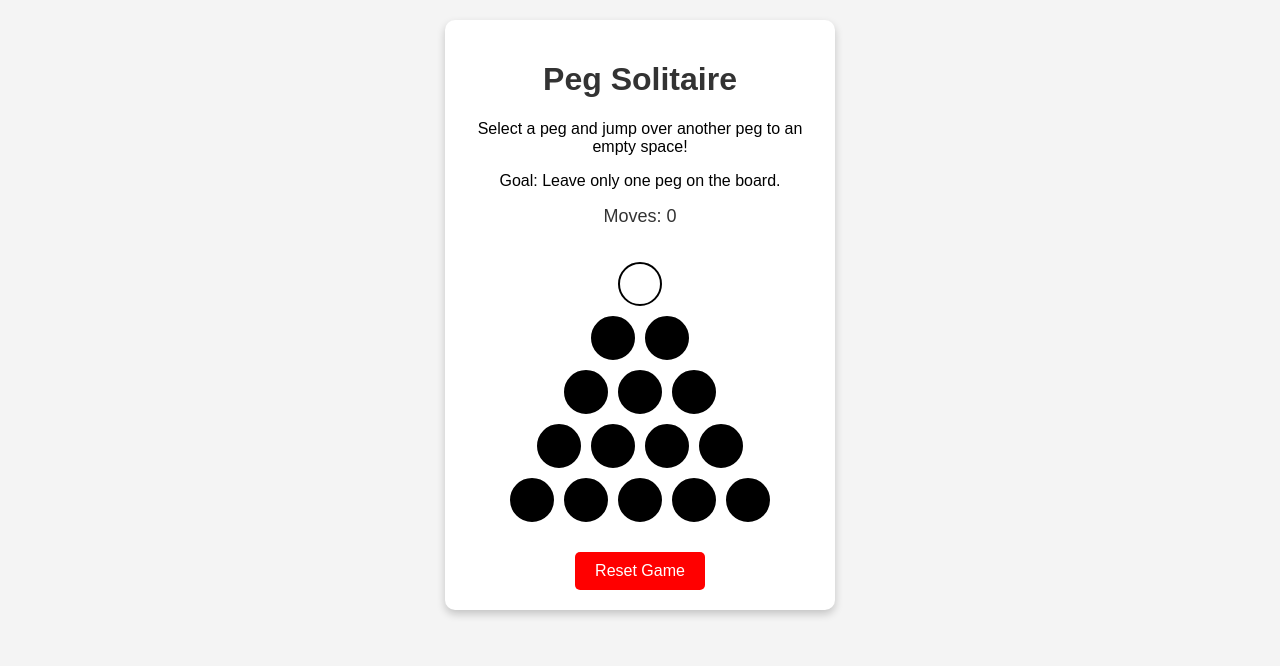
Repository: Yash19075/Mathematical-Peg-game
Page: Peg-game.html
The author's editor kept a copy of each file at every save. The page is drawn from the files as they stood at one save, then again after a run of saves.
The browser window is 1280 px wide. The pictures show the whole page.

Above is the page before, as saved 2025-03-19 10:29:17.

### Peg-game.html
<!DOCTYPE html>
<html lang="en">
<head>
    <meta charset="UTF-8">
    <meta name="viewport" content="width=device-width, initial-scale=1.0">
    <title>Peg Solitaire</title>
    <link rel="stylesheet" href="Peg-game.css">
</head>
<body>

    <div class="container">
        <h1>Peg Solitaire</h1>
        <p>Select a peg and jump over another peg to an empty space!</p>
        <p>Goal: Leave only one peg on the board.</p>

        <div id="move-counter">Moves: 0</div>

        <div class="peg-board">
            <div class="row">
                <div class="peg" onclick="selectPeg(event)"></div>
            </div>
            <div class="row">
                <div class="peg" onclick="selectPeg(event)"></div>
                <div class="peg" onclick="selectPeg(event)"></div>
            </div>
            <div class="row">
                <div class="peg" onclick="selectPeg(event)"></div>
                <div class="peg" onclick="selectPeg(event)"></div>
                <div class="peg" onclick="selectPeg(event)"></div>
            </div>
            <div class="row">
                <div class="peg" onclick="selectPeg(event)"></div>
                <div class="peg" onclick="selectPeg(event)"></div>
                <div class="peg" onclick="selectPeg(event)"></div>
                <div class="peg" onclick="selectPeg(event)"></div>
            </div>
            <div class="row">
                <div class="peg" onclick="selectPeg(event)"></div>
                <div class="peg" onclick="selectPeg(event)"></div>
                <div class="peg" onclick="selectPeg(event)"></div>
                <div class="peg" onclick="selectPeg(event)"></div>
                <div class="peg" onclick="selectPeg(event)"></div>
            </div>
        </div>

        <button id="reset-btn" onclick="resetGame()">Reset Game</button>
    </div>

    <script src="Peg-game.js"></script>
</body>
</html>

### Peg-game.css
body {
    font-family: Arial, sans-serif;
    text-align: center;
    background-color: #f4f4f4;
}

.container {
    margin: 20px auto;
    width: 350px;
    background: white;
    padding: 20px;
    border-radius: 10px;
    box-shadow: 0 4px 8px rgba(0, 0, 0, 0.2);
}

h1 {
    color: #333;
}

.peg-board {
    display: flex;
    flex-direction: column;
    align-items: center;
    margin-top: 30px;
}

.row {
    display: flex;
    justify-content: center;
}

.peg {
    width: 40px;
    height: 40px;
    margin: 5px;
    background-color: white;
    border: 2px solid black;
    border-radius: 50%;
    cursor: pointer;
}

.peg:hover {
    background-color: lightgray;
}

#reset-btn {
    margin-top: 25px;
    padding: 10px 20px;
    font-size: 16px;
    background-color: red;
    color: white;
    border: none;
    cursor: pointer;
    border-radius: 5px;
}

#reset-btn:hover {
    background-color: darkred;
}

#move-counter {
    font-size: 18px;
    margin-top: 10px;
    color: #333;
}

### Peg-game.js
let peg = [
    [0],
    [1,1],
    [1,1,1],
    [1,1,1,1],
    [1,1,1,1,1]
];
var moves = [];
for(let r = 0; r<20;r++)
{
    moves[r] = [];
}

let pegs = document.querySelectorAll(".peg");
// console.log(pegs);
let index = 0;
for(let i = 0; i< peg.length; i++)
{
    for(let j = 0; j < peg[i].length; j++)
        {
            if(peg[i][j] == 1)
            {
                pegs[index].style.backgroundColor = "black";
            }
            // console.log(`Peg at (${i}, ${j}): ${peg[i][j]}`);
            pegs[index].dataset.row = i;
            pegs[index].dataset.col = j;
            index++;
        }
}

// for (let peg of pegs) {
//     console.log(`Peg at index ${peg.dataset.row}, ${peg.dataset.col}`);
// }
let selectedPeg;
function selectPeg(event)
{
    // console.log("👉 CLICKED ELEMENT:", event.target);
    // console.log("🔍 DATASET:", event.target.dataset);
    let moveCount;
    let selected = event.target;
    let rowNO = parseInt(selected.dataset.row);
    let colNO = parseInt(selected.dataset.col);
    // console.log("🔍 DATASET:", rowNO ,colNO);
    if (selected.style.backgroundColor === "green" ) return;
    // console.log(`Selected ${rowNO}, ${colNO}`);
    // console.log(`The value of peg is ${peg[rowNO][colNO]}`);
    moveCount = validMoves(rowNO,colNO);
    if(selectedPeg == selected)
    {
        selectedPeg = null;
        return;
    }
    selectedPeg = selected;
    // console.log("Selected peg is ", selectedPeg);
    // console.log(moves)
    if(moveCount === 0)
        alert("No moves");
    for(let i = 0; i<moveCount;i++)
    {
        let target_row = moves[i][2];
        let target_col = moves[i][3];
        let index2 = move_to_index(target_row,target_col);
        pegs[index2].style.backgroundColor = "green";
        pegs[index2].addEventListener("click", movePeg)
    }
    // movePeg();
}

function movePeg(event) {
    // console.log("Selected peg is ", selectedPeg);
    let targeted = event.target;
    let targetRowNO = parseInt(targeted.dataset.row);
    let targetColNO = parseInt(targeted.dataset.col);

    let selectedRowNo = parseInt(selectedPeg.dataset.row);
    let selectedColNo = parseInt(selectedPeg.dataset.col);

    let midRowNo = (targetRowNO + selectedRowNo) / 2;
    let midColNo =(targetColNO + selectedColNo) / 2;

    if (peg[midRowNo][midColNo] == 0 || peg[targetRowNO][targetColNO] == 1 || peg[selectedRowNo][selectedColNo] == 0) {
        // console.log("Invalid move: Check peg positions.");
        return;
    }

    let selectedIndex = move_to_index(selectedRowNo, selectedColNo);
    let targetIndex = move_to_index(targetRowNO, targetColNO);
    let middleIndex = move_to_index(midRowNo, midColNo);

    peg[targetRowNO][targetColNO] = 1;
    peg[midRowNo][midColNo] = 0;
    peg[selectedRowNo][selectedColNo] = 0;

    // console.log(`Selected Peg: peg[${selectedRowNo}][${selectedColNo}] = ${peg[selectedRowNo][selectedColNo]}`);
    // console.log(`Mid Peg: peg[${midRowNo}][${midColNo}] = ${peg[midRowNo][midColNo]}`);
    // console.log(`Target Peg: peg[${targetRowNO}][${targetColNO}] = ${peg[targetRowNO][targetColNO]}`);

    // console.log(`move_to_index(${selectedRowNo}, ${selectedColNo}) = ${selectedIndex}`);
    // console.log(`move_to_index(${midRowNo}, ${midColNo}) = ${middleIndex}`);
    // console.log(`move_to_index(${targetRowNO}, ${targetColNO}) = ${targetIndex}`);
    // console.log(`selectedIndex: ${selectedIndex}, middleIndex: ${middleIndex}, targetIndex: ${targetIndex}`);
    // console.log(peg)

    pegs[selectedIndex].style.backgroundColor = "white";
    pegs[middleIndex].style.backgroundColor = "white";
    pegs[targetIndex].style.backgroundColor = "black";



    pegs.forEach(peg => {
        if (peg.style.backgroundColor === "green") {
            peg.style.backgroundColor = "white";
            peg.removeEventListener("click", movePeg);
        }
    });

    selectedPeg = null;
}

function move_to_index(i,j)
{
    let index1 = (i*(i+1)/2)+j;
    return index1;
}


function validMoves(row, col) {
    var count = 0;
    moves = [];

    var target_r = row - 2;
    if (target_r >= 0 && peg[target_r][col] == 0 && peg[row - 1][col] == 1) {
        moves[count] = [row, col, target_r, col];
        count++;
    }

    if (target_r >= 0 && col - 2 >= 0 && peg[target_r][col - 2] == 0 && peg[row - 1][col - 1] == 1) {
        moves[count] = [row, col, target_r, col - 2];
        count++;
    }

    var backward_r = row + 2;
    if (backward_r < peg.length && peg[backward_r][col] == 0 && peg[row + 1][col] == 1) {
        moves[count] = [row, col, backward_r, col];
        count++;
    }

    if (backward_r < peg.length && col + 2 <= backward_r && peg[backward_r][col + 2] == 0 && peg[row + 1][col + 1] == 1) {
        moves[count] = [row, col, backward_r, col + 2];
        count++;
    }

    var backward_c = col - 2;
    if (backward_c >= 0 && peg[row][backward_c] == 0 && peg[row][col - 1] == 1) {
        moves[count] = [row, col, row, backward_c];
        count++;
    }

    var forward_c = col + 2;
    if (forward_c <= row && peg[row][forward_c] == 0 && peg[row][col + 1] == 1) {
        moves[count] = [row, col, row, forward_c];
        count++;
    }

    return count;
}

After the next 2 saves:
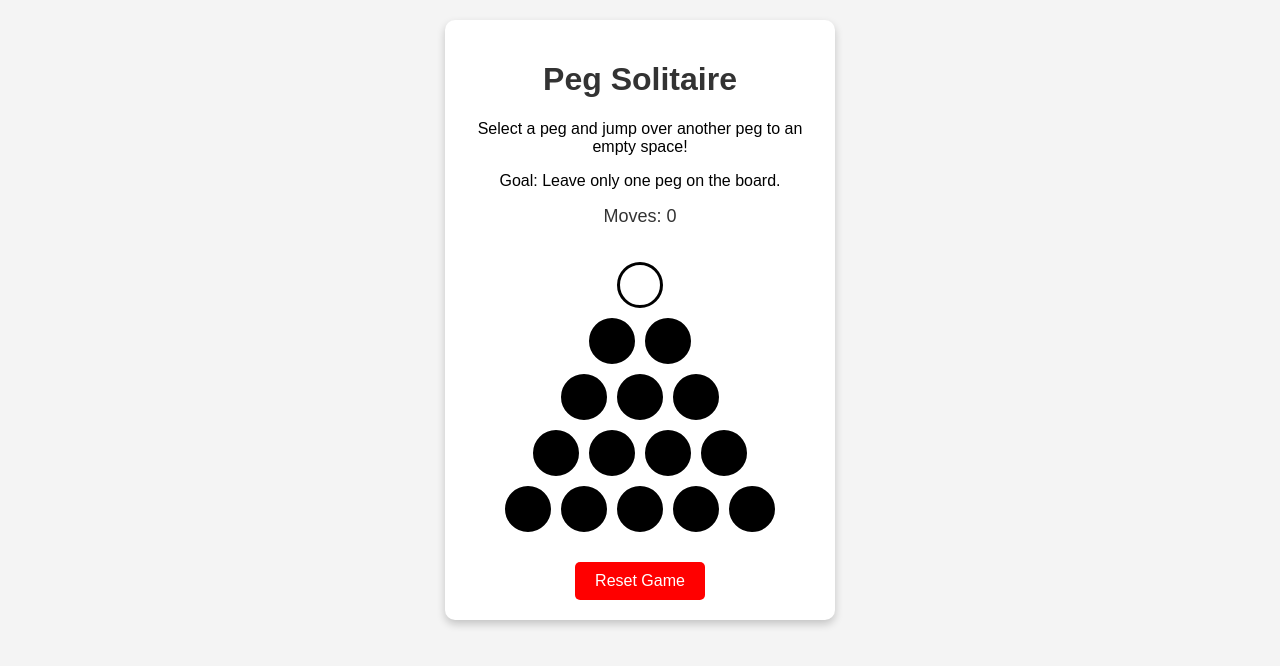
The 2 saves are shown as one change because they came seconds apart.
The last was saved 35 s later.
--- a/Peg-game.css
+++ b/Peg-game.css
@@ -34,7 +34,7 @@ h1 {
     height: 40px;
     margin: 5px;
     background-color: white;
-    border: 2px solid black;
+    border: 3px solid black;
     border-radius: 50%;
     cursor: pointer;
 }
